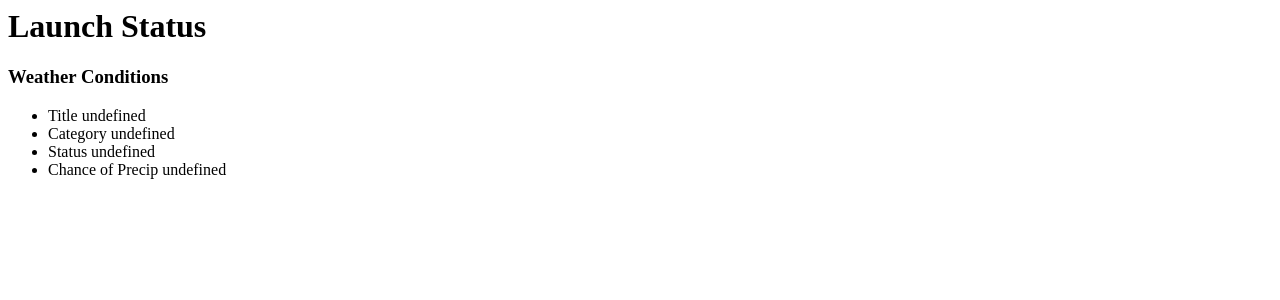
Repository: JohnRudolph1/Events-JSON
Page: index.html
These files come from the project's save history. The page is drawn as it stood at one moment and after a run of saves; the edit follows.
The browser window is 1280 px wide. The pictures show the whole page.

Above is the page before, as saved 2022-01-10 09:17:30.

After the next 3 saves:
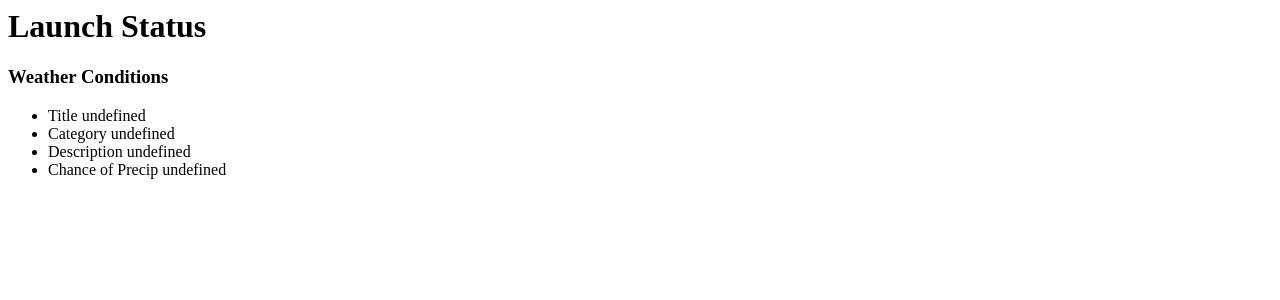
The 3 saves are shown as one change because they came seconds apart.
The last was saved 15 s later.
--- a/index.html
+++ b/index.html
@@ -11,7 +11,7 @@
                      <ul>
                         <li>Title ${json.title}</li>
                         <li>Category ${json.category}</li>
-                        <li>Status ${json.status}</li>
+                        <li>Description ${json.description}</li>
                         <li>Chance of Precip ${json.chanceOfPrecipitation}</li>
                      </ul>
                   `;
